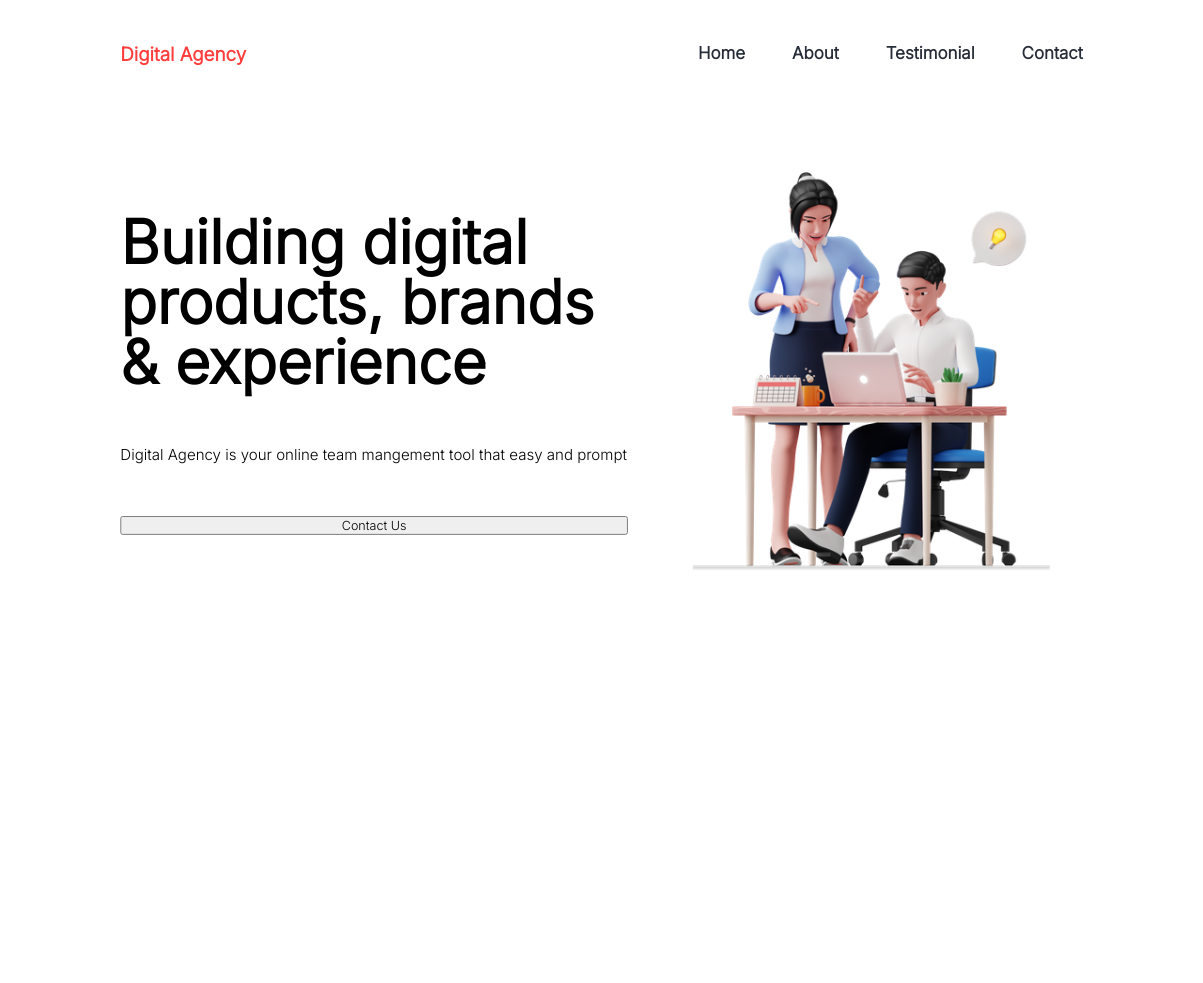
Repository: ThuatDev/fullstack_devc
Page: index.html
An editor plug-in stored every save of this project. The page is shown before and after the next save, followed by the edit.
The browser window is 1280 px wide. The pictures show the whole page, at 94% of full size.

Above is the page before, as saved 2022-11-09 16:37:35.

After the next save:
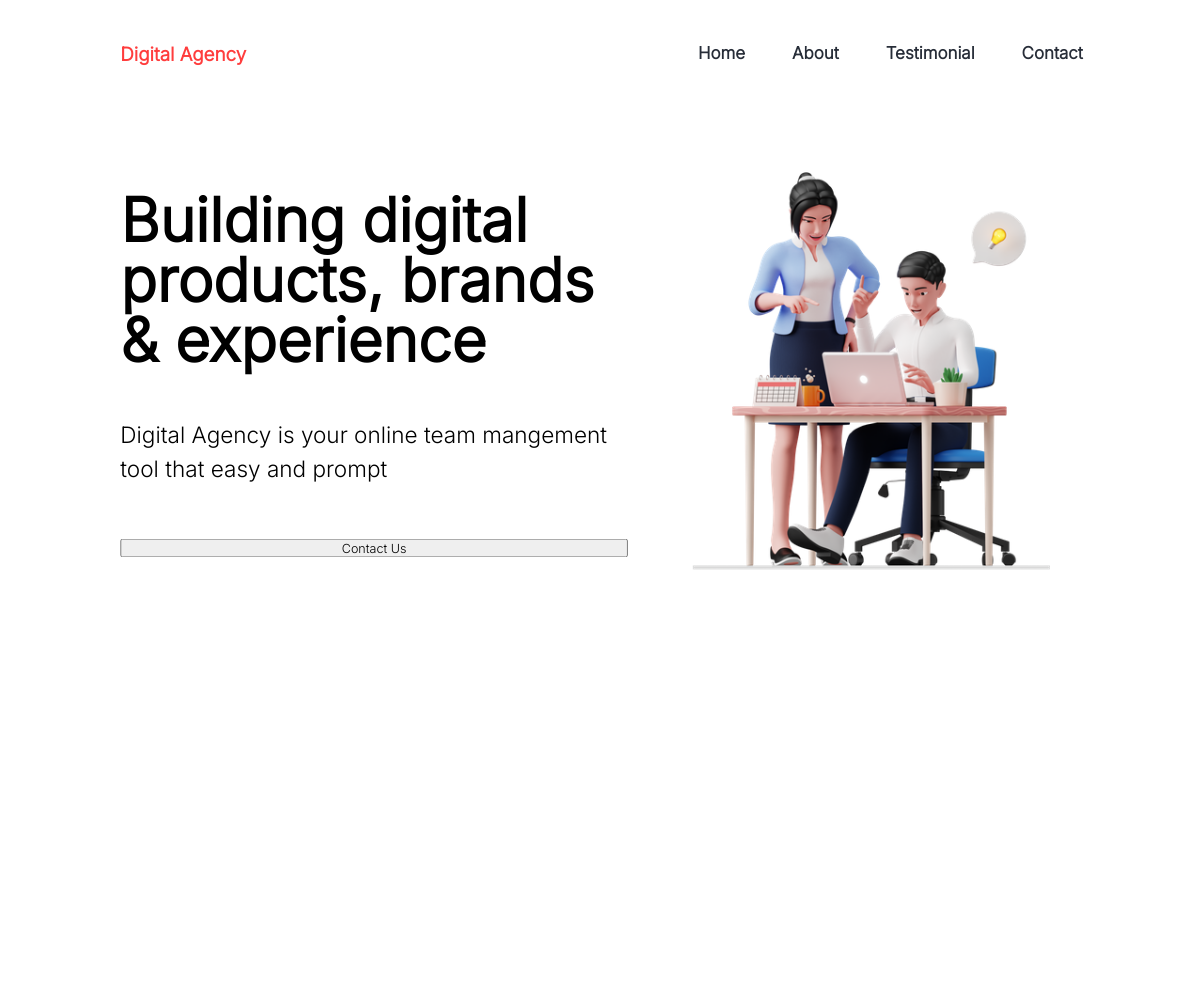
Saved 27 s later.
--- a/index.css
+++ b/index.css
@@ -59,3 +59,11 @@
   height: 192px;
   line-height: 100%;
 }
+.h-section .h-section__left p {
+  font-weight: 400;
+  font-size: 24px;
+  width: 540px;
+  height: 96px;
+  line-height: 150%;
+  margin-top: 20px;
+}
